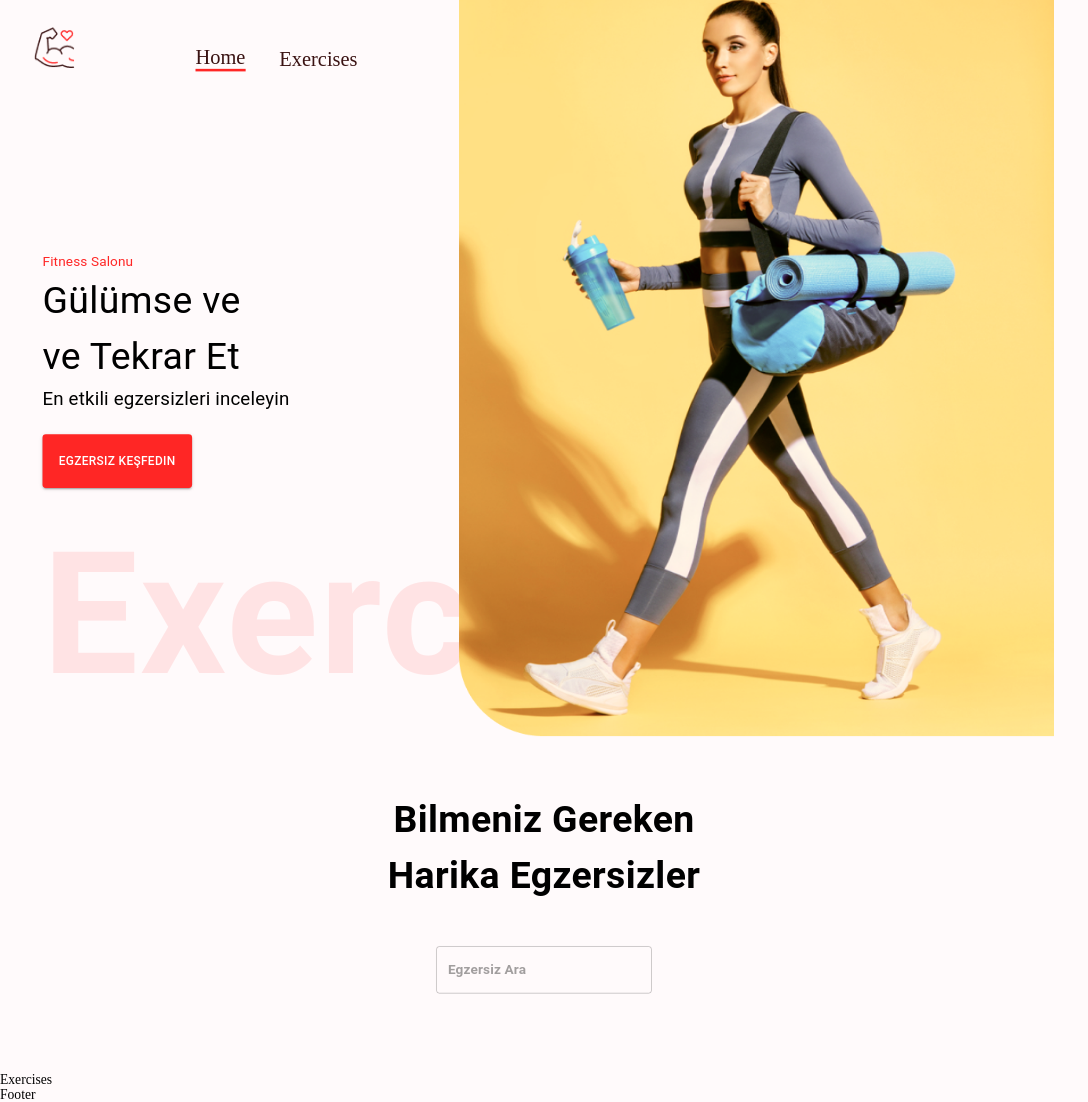
Repository: Kubraaygun/Gym_App
Page: /
An editor plug-in stored every save of this project. The page is shown before and after the next save, followed by the edit.
The browser window is 1280 px wide. The pictures show the whole page, at 85% of full size.
The project was rebuilt for these pictures with package versions that can differ from the ones it lists, and the page was loaded fresh each time. Also part of the build but not shown: src/pages/ExerciseDetail.js.

Above is the page before, as saved 2025-01-25 17:38:41.

After the next save:
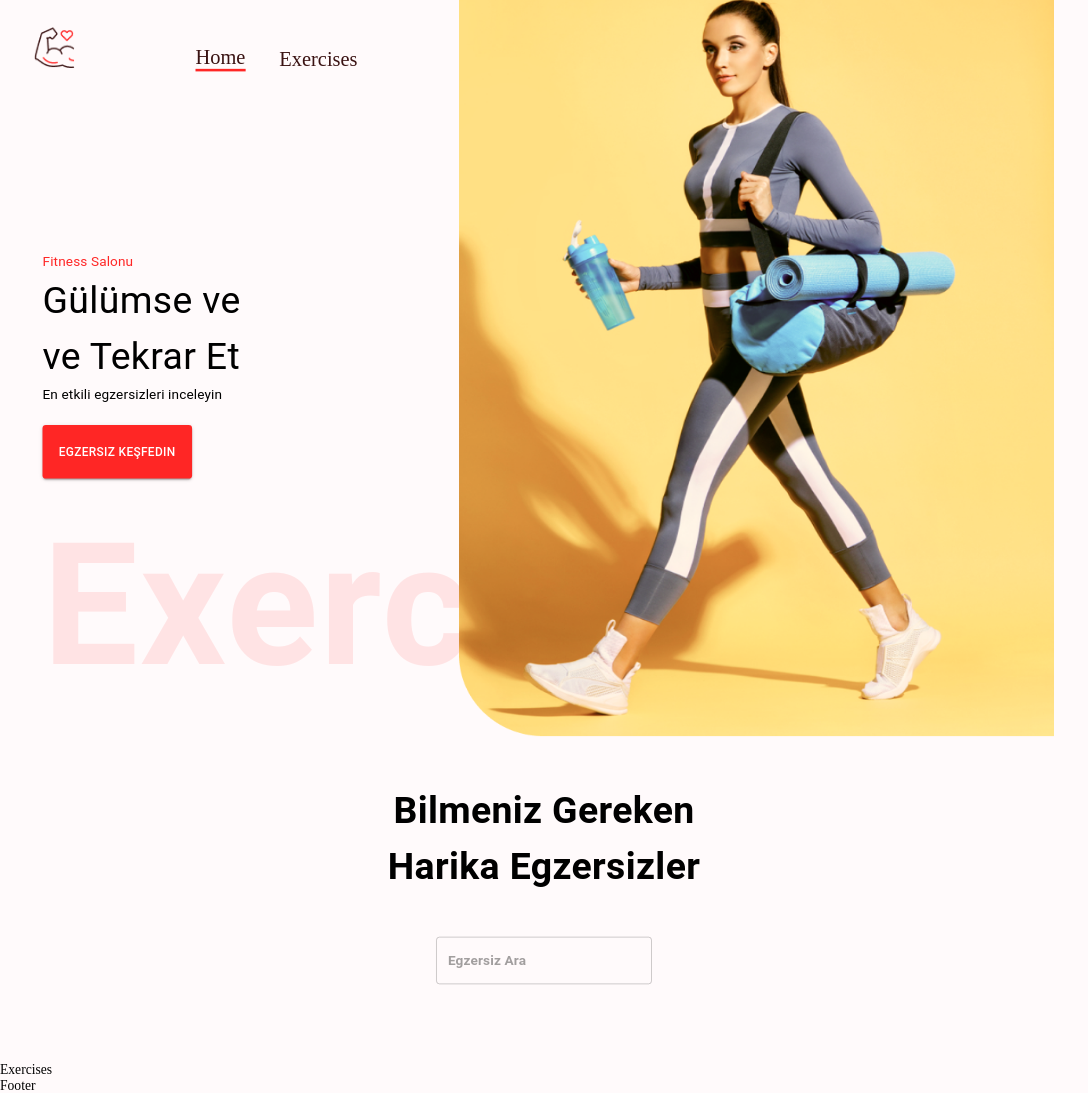
Saved 5 s later.
--- a/src/components/HeroBanner.js
+++ b/src/components/HeroBanner.js
@@ -16,12 +16,7 @@ const HeroBanner = () => {
       >
         Gülümse ve <br /> ve Tekrar Et
       </Typography>
-      <Typography
-        className="banner-subtitle"
-        fontSize="22px"
-        lineHeight="35px"
-        mb={3}
-      >
+      <Typography className="banner-subtitle" mb={3}>
         En etkili egzersizleri inceleyin
       </Typography>
       <Button
